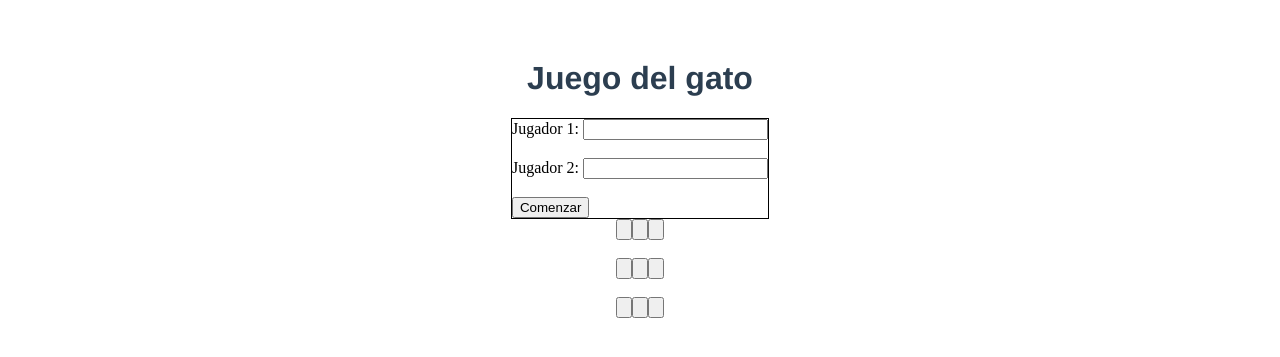
Repository: franciscamanquecheo/Taller-2
Page: / (app in vite-project/)
An editor plug-in stored every save of this project. The page is shown before and after the next save, followed by the edit.
The browser window is 1280 px wide. The pictures show the whole page.
The project was rebuilt for these pictures with package versions that can differ from the ones it lists, and the page was loaded fresh each time. Also part of the build but not shown: vite-project/vite.config.ts.

Above is the page before, as saved 2022-06-17 17:23:37.

After the next save:
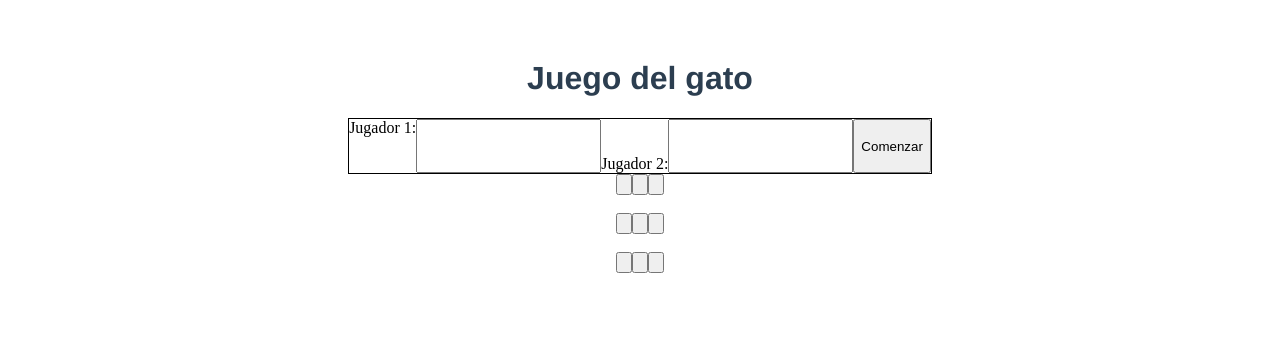
Saved 6 s later.
--- a/vite-project/src/App.vue
+++ b/vite-project/src/App.vue
@@ -55,7 +55,7 @@ h1 {
   margin-top: 60px;
 }
 article#comandos{
-  display: inline-block;
+  display: inline-flex;
   text-align: left;
   border: 1px solid black;
 
